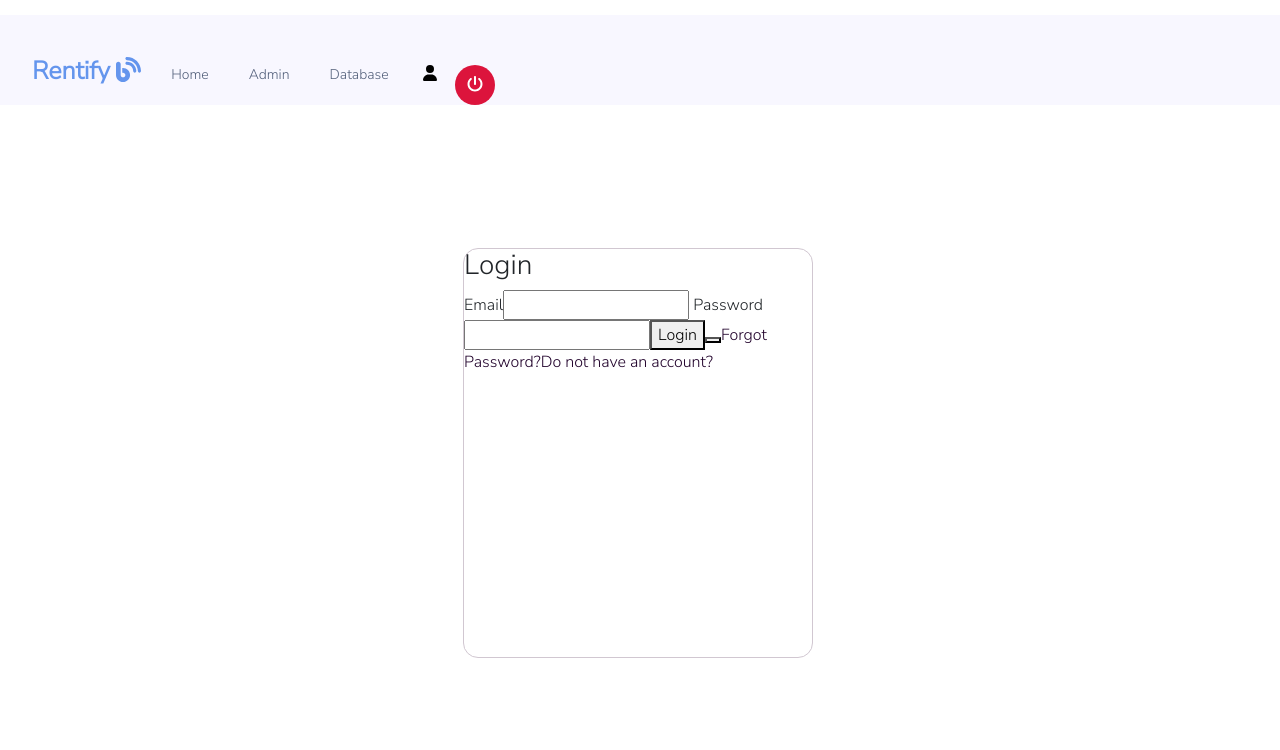
Repository: duzzisantos/rentify
Page: /
The author's editor kept a copy of each file at every save. The page is drawn from the files as they stood at one save, then again after the next save.
The browser window is 1280 px wide. The pictures show the whole page.
The pointer rests on the first visible `.auth-btn`.
The project was rebuilt for these pictures with package versions that can differ from the ones it lists, and the page was loaded fresh each time. Also part of the build but not shown: src/home.js, src/admin.js, src/auth/register.js, src/table-component.js, src/edit-property.js, src/tables.js, src/booking.js.

Above is the page before, as saved 2022-05-19 00:48:13.

### src/App.js
import "./App.css";
import "react-bootstrap";
import "bootstrap/dist/css/bootstrap.min.css";
import { Route, Routes } from "react-router-dom";
import Homepage from "./home";
import Admins from "./admin";
import Auth from "./auth/auth";
import Login from "./auth/login";
import Register from "./auth/register";
import Tables from "./tables";
import EditProperty from "./edit-property";
import Booking from "./booking";

function App() {
  return (
    <div className="App">
      <Auth/>
      <Routes>
        <Route path="/" element={<Login />} />
        <Route path="login/*" element={<Login />} />
        <Route path="register/*" element={<Register />} />
        <Route path="auth/*" element={<Auth />} />
        <Route path="auth/home/*" element={<Homepage />} />
        <Route path="auth/admin" element={<Admins />} />
        <Route path="auth/tables/*" element={<Tables />} />
        <Route path="auth/admin/edit-property/:ID" element={<EditProperty />} />
        <Route path="booking/:ID" element={<Booking />} />
      </Routes>
    </div>
  );
}

export default App;

### src/App.css
@import url("https://fonts.googleapis.com/css2?family=Nunito+Sans:wght@300&family=Poppins:wght@200;300&family=Roboto&family=Roboto+Serif:wght@300&family=Ubuntu:wght@300&display=swap");
* {
  font-family: "Nunito Sans", sans-serif;
}
.App {
  /* display: flex;
  flex-direction: column; */
  height: fit-content;
  width: 100%;
}

.hero {
  height: calc(0.25 * 657px);
  background-color: rgb(33, 2, 43);
  width: 100%;
  padding-top: 80px;
  margin-top: 120px;
  background-image: url("https://i.dlpng.com/static/png/7058604_preview.png");
  background-repeat: no-repeat;
  background-size: cover;
  background-position: 0%;
  filter: grayscale(0);
}

.filter-property {
  height: calc(0.6 * 657px);
  background-color: azure;
  width: 100%;
  color: gray;
  justify-content: center;
  align-items: center;
  bottom: 0;
  padding-top: 40px;
}

.filter-property input {
  text-align: center;
}
#display-results {
  height: 657px;
  background-color: white;
  width: 100%;
  color: gray;
}

#hero-text {
  height: 80%;
  text-align: center;
}

h1 {
  color: white;
  padding-top: 0px;
  font-size: clamp(20px, 55px, 60px);
}

h4,
h6 {
  padding-top: 10px;
  margin-left: 25px;
  font-size: clamp(10px, 15px, 20px);
  color: rgba(0, 0, 0, 0.705);
}

.filter-property span {
  margin-left: 25px;
  margin-top: 10px;
  color: rgba(0, 0, 0, 0.705);
  display: block;
  font-weight: 600;
  font-size: 14px;
}

.filter-property label {
  display: inline-block;
  margin-left: 22px;
  font-size: 13px;
  color: rgba(0, 0, 0, 0.705);
}

.filter-property input[type="checkbox"] {
  display: inline-block;
  margin-left: 5px;
}

#search-btn {
  background-color: transparent;
  border: 1px solid black;
  color: rgba(0, 0, 0, 0.705);
  border-radius: 10px;
  display: block;
  margin-left: 25px;
  margin-top: 10px;
  padding: 6px;
  font-size: 13px;
  width: 70px;
  margin-bottom: 20px;
}

#search-btn:hover {
  border: 1px solid rgb(33, 2, 43);
  color: rgb(33, 2, 43);
}

.link {
  text-decoration-line: none;
  color: white;
  margin: 10px;
}

.links{
  color: rgb(33, 2, 43);
  text-decoration: none;
}
.link:hover {
  color: gray;
}

tr .link {
  text-decoration-line: none;
  color: rgba(0, 0, 0, 0.705);
  margin: 10px;
}

tr .link:hover {
  color: rgb(33, 2, 43);
}

.admin-container,
.edit-container {
  height: fit-content;
  padding-top: 80px;
  display: flex;
  flex-direction: column;
  width: 100%;
  justify-content: center;
  align-items: center;
}

.admin-container h2,
.admin-container h6,
.edit-container h6 {
  text-align: center;
}

.admin-container h2,
.edit-container h2 {
  color: rgba(0, 0, 0, 0.705);
  padding: 25px;
}

.admin-container form,
.edit-container form {
  padding-top: 20px;
  width: 450px;
  margin-left: 0;
  display: block;
  background-color: azure;
  display: flex;
  flex-direction: column;
  margin-bottom: 20px;
  border-radius: 15px;
}

.admin-container input,
.edit-container input {
  display: block;
  border: 1px solid rgb(212,212,212);
  border-radius: 15px;
  width: 300px;
  font-size: small;
  text-indent: 5px;
  margin-left: 15%;
}

.admin-container label,
.admin-container span,
.edit-container label,
.edit-container span {
  display: block;
  font-size: small;
  margin-top: 10px;
  margin-left: 15%;
}

#admin-btn {
  border-radius: 15px;
  border: 1px solid transparent;
  margin-bottom: 15px;
  margin-top: 15px;
  color: white;
  background-color: #25D366;
  display: block;
  font-size: small;
  margin-left: 15%;
  width: 100px;
  padding: 4px;
}


.display-data {
  height: fit-content;
  background-color: rgb(33, 2, 43);
  padding-top: 80px;
  color: whitesmoke;
  display: flex;
  flex-direction: column;
}

.display-data h2,
.display-data h6 {
  text-align: center;
  color: whitesmoke;
}

.photos {
  margin-top: 5px;
}

.photos::placeholder {
  font-size: small;
  text-indent: 5px;
}

#search {
  margin-bottom: 15px;
  width: 300px;
  border: 1px solid rgb(212,212,212);
  border-radius: 15px;
  outline: none;
  padding: 4px;
  margin-left: 40%;
  /* margin-left: 19%; * for media query max-width 550px */
}

#search::placeholder {
  font-size: small;
  text-align: center;
}

input {
  outline: none;
}
.database {
  height: fit-content;
  background-color: azure;
  margin-top: 10px;
}

#delete {
  background-color: transparent;
  border: 1px solid #eb5e55;
  color: black;
  border-radius: 5px;
}

#data-reference {
  width: 950px;
  display: inline-block;
  overflow: hidden;
}

#data-reference ol li {
  margin-bottom: 12px;
}
#update-dialog input {
  width: 300px;
  margin-top: 3px;
  display: block;
}

#final-update {
  background-color: rgb(33, 2, 43);
  border: 1px solid transparent;
  color: whitesmoke;
  margin-bottom: 10px;
}

h4,
#display-results span {
  text-align: center;
}

#display-results {
  width: 100%;
  height: fit-content;
  border: 1px solid azure;
}

.one-result {
  width: 100%;
  height: fit-content;
  border: 1px solid whitesmoke;
}

.image-holder {
  height: fit-content;
  width: fit-content;
  border: 1px solid whitesmoke;
  display: flex;
  flex-direction: row;
  flex-wrap: wrap;
  margin-left: 80px;
}

.image-holder img {
  background-repeat: no-repeat;
  background-size: cover;
  height: 140px;
  width: 185px;
  margin: 5px;
  border: 1px solid whitesmoke;
  background-size: cover;
  background-position: center;
  transition: transform 0.5s;
}

.image-holder img:hover {
  transform: scale(1.3);
}
tr img {
  height: 30px;
  width: 40px;
  border: 1px solid whitesmoke;
  background-size: cover;
  background-position: center;
  transition: transform 0.5s;
}

tr img:hover {
  transform: scale(3);
}

.primary-details li {
  font-size: small;
  margin-left: 60px;
}
.primary-details li:nth-child(1) {
  margin-top: 10px;
}
.amenities li {
  list-style-type: none;
  display: inline-block;
  justify-content: space-between;
  margin: 8px;
  margin-left: 50px;
  font-size: small;
}

.booking {
  border: 1px solid rgb(33, 2, 43);
  color: rgb(33, 2, 43);
  background-color: transparent;
  margin-left: 3px;
  border-radius: 15px;
  font-size: 11px;
  margin-bottom: 10px;
}

.isAvailable {
  background-color: #25D366;
  border: 1px solid transparent;
  border-radius: 15px;
  color: white;
  font-size: 11px;
  margin-bottom: 5px;
  margin-left: 80px;
}

.booking-wrapper{
  height: fit-content;
  width: 100%;
  display: flex;
  flex-direction: column;
  justify-content: center;
  align-items: center;
  padding-top: 80px;
}

.my-booking{
  height: 500px;
  width: 400px;
  background-color: azure;
  border-radius: 15px;
}

.my-booking form{
  display: flex;
  flex-direction: column;
}
.my-booking label{
  margin-left: 50px;
  margin-top: 15px;
}
.my-booking input{
  width: 300px;
  margin-left: 50px;
  border-radius: 15px;
  margin-bottom: 5px;
  border: 1px solid rgb(212,212,212);
  text-indent: 10px;
}
.account-display {
  margin-top: 200px;
  margin-left: 35%;
  display: flex;
  flex-direction: column;
  height: 350px;
  width: 400px;
  background-color: rgb(33, 2, 43);
  border-top-left-radius: 50px;
  border-bottom-right-radius: 50px;

  /* margin-left: 36%;
  margin-top: calc(37% / 5); */
}

.account-display .account-nav {
  list-style-type: none;
  display: flex;
  flex-direction: row;
  margin-bottom: 25px;
  margin-top: 10px;
  margin-left: 210px;
}

.account-display .account-nav .links {
  text-decoration-line: none;
  color: whitesmoke;
  margin-left: 20px;
  font-size: small;
}

.account-nav .links:hover {
  color: gray;
}

.account-form-wrapper {
  height: 200px;
  width: 400px;
  display: flex;
  flex-direction: column;
  background-color: rgb(33, 2, 43);
  color: whitesmoke;
  /* border-top-left-radius: 50px;
  border-bottom-right-radius: 50px; */
}

.account-form-wrapper h3 {
  text-align: center;
  margin-bottom: 30px;
}

.account-form-wrapper form {
  display: flex;
  flex-direction: column;
  width: 80%;
  margin-left: 10%;
}

.account-form-wrapper input {
  margin-bottom: 20px;
  border-radius: 10px;
  border: 1px solid transparent;
}

.account-form-wrapper button {
  margin: 20px 10px 0px 0px;
  width: 30%;
  border: 1px solid whitesmoke;
  background-color: transparent;
  border-radius: 50px;
  color: whitesmoke;
}

.account-form-wrapper .account-nav .links {
  color: whitesmoke;
  text-decoration: none;
  list-style-type: none;
}

.list-wrapper {
  padding-top: 80px;
  width: 99%;
  height: fit-content;
}

.login,
.register,
.reset {
  height: 645px;
  width: 99.7%;
  display: -webkit-box;
  display: -ms-flexbox;
  display: flex;
  -webkit-box-orient: vertical;
  -webkit-box-direction: normal;
      -ms-flex-direction: column;
          flex-direction: column;
  -webkit-box-pack: center;
      -ms-flex-pack: center;
          justify-content: center;
  -webkit-box-align: center;
      -ms-flex-align: center;
          align-items: center;
  bottom: 0;
}

.login-container,
.register-container,
.reset-container {
  height: 410px;
  width: 350px;
  border: 1px solid #d1c7d1;
  border-radius: 15px;
  margin-top: 50px;
}

.auth-container {
  height: 90px;
  width: 100%;
  background-color: transparent;
  margin-right: 10px;
  overflow: hidden;
  margin-left: auto;
  margin-top: 15px;
  display: -webkit-box;
  display: -ms-flexbox;
  display: flex;
  -webkit-box-orient: horizontal;
  -webkit-box-direction: normal;
      -ms-flex-direction: row;
          flex-direction: row;
}

.auth-span {
  height: -webkit-fit-content;
  height: -moz-fit-content;
  height: fit-content;
  width: -webkit-fit-content;
  width: -moz-fit-content;
  width: fit-content;
  margin-left: 4px;
  margin-top: 5px;
  overflow: hidden;
}

.auth-btn {
  height: 40px;
  width: 40px;
  border-radius: 50%;
  margin-left: 10px;
  margin-top: 8px;
  border: 1px solid transparent;
  color: rgb(33, 2, 43);
}

.auth-btn:hover {
  color: white;
  background-color: crimson;
  -webkit-transition-delay: 20ms;
          transition-delay: 20ms;
}

/*Navbar component*/

.nav-items {
  width: 100%;
  height: 90px;
  margin-top: 0px;
}

.nav-links {
  display: inline-block;
  margin-left: 20px;
  padding-top: 15px;
}

.nav-links:nth-child(1) {
  font-size: 25px;
  color: cornflowerblue;
  font-weight: 800;
  -webkit-text-decoration-line: none;
          text-decoration-line: none;
  text-decoration: none;
  margin-left: 0px;
}

.nav-items #hamburger-icon {
  display: none;
}

.nav-items .dashboard-container {
  margin-left: 0px;
}

.link {
  color: #525f7a;
  font-size: 14px;
  text-decoration: none;
}

.link:hover {
  -webkit-text-decoration-line: underline;
          text-decoration-line: underline;
  text-decoration-thickness: 2px;
  -webkit-text-decoration-color: cornflowerblue;
          text-decoration-color: cornflowerblue;
}

.nav-wrap {
  display: -webkit-box;
  display: -ms-flexbox;
  display: flex;
  -webkit-box-orient: horizontal;
  -webkit-box-direction: normal;
      -ms-flex-direction: row;
          flex-direction: row;
  margin-top: 0px;
}

.navbar {
  height: 90px;
  background-color: #f8f7ff;
  -webkit-box-shadow: 1px 1px 5px 1px rgba(0, 0, 0, 0.1);
          box-shadow: 1px 1px 5px 1px rgba(0, 0, 0, 0.1);
  width: 100%;
  position: fixed;
  z-index: 2;
  display: -webkit-box;
  display: -ms-flexbox;
  display: flex;
  -webkit-box-orient: horizontal;
  -webkit-box-direction: normal;
      -ms-flex-direction: row;
          flex-direction: row;
}

### src/auth/auth.js
import React, { useState, useEffect } from "react";
import { useAuthState } from "react-firebase-hooks/auth";
import { useNavigate, Link } from "react-router-dom";
import "../App.css";
import { db, auth, logout } from "./firebase";
import { query, collection, getDocs, where } from "firebase/firestore";
import { FontAwesomeIcon } from "@fortawesome/react-fontawesome";
import { library } from "@fortawesome/fontawesome-svg-core";
import {
  faBars,
  faBlog,
  faCake,
  faClock,
  faHouse,
  faPowerOff,
  faUser,
} from "@fortawesome/free-solid-svg-icons";

library.add(faCake, faPowerOff, faHouse, faClock, faUser, faBars);
const isAuthorized = process.env.REACT_APP_ADMIN;

const Auth = () => {
  const [user, loading] = useAuthState(auth);
  const [name, setName] = useState("");
  const navigate = useNavigate();

  const fetchUserName = async () => {
    try {
      const q = query(collection(db, "users"), where("uid", "==", user?.uid));
      const doc = await getDocs(q);
      const data = doc.docs[0].data();
      setName(data.name);
    } catch (err) {
      console.log(err);
    }
  };

  useEffect(() => {
    if (loading) {
      return;
    } else if (!user) {
      fetchUserName();
      return navigate("/");
    }
  });

  // handles menu collapse for navbar

  const handleMenuCollapse = () => {
    var navitems = document.getElementById("myTopnav");
    if (navitems.className === "nav-items") {
      navitems.className += " responsive";
    } else {
      navitems.className = "nav-items";
    }
  };

  return (
    <div className="auth-container">
      <nav className="navbar">
        {/* <div className="img-holder" id="active"></div> */}
        <ul className="nav-items" id="myTopnav">
          <li className="nav-links" id="active">
            <Link to="/auth/home" className="nav-links">
              Rentify <FontAwesomeIcon icon={faBlog} />
            </Link>
          </li>
          <li className="nav-links">
            <Link to="/auth/home" className="link">
              Home
            </Link>
          </li>
          {user?.uid === isAuthorized ? (
            <>
              <li className="nav-links">
                <Link to="/auth/admin" className="link">
                  Admin
                </Link>
              </li>
              <li className="nav-links">
                <Link to="/auth/table" className="link">
                  Database
                </Link>
              </li>
            </>
          ) : (
            <></>
          )}

          <li className="nav-links">
            <div className="auth-container">
              <span className="auth-span">
                <FontAwesomeIcon icon={faUser} style={{ color: "#000000" }} />
              </span>
              <span className="auth-span">{name}</span>
              <div className="auth-avi" title="Logged in">
                {user?.email[0].toUpperCase()}
              </div>
              <span className="auth-span">{user?.email}</span>
              <button
                className="auth-btn"
                onClick={logout}
                type="button"
                title="Logout"
              >
                <FontAwesomeIcon icon={faPowerOff} />
              </button>
            </div>
          </li>
          <li
            className="nav-links"
            id="hamburger-icon"
            onClick={handleMenuCollapse}
          >
            <FontAwesomeIcon icon={faBars} style={{ fontSize: "30px" }} />
          </li>
        </ul>
      </nav>
    </div>
  );
};

export default Auth;

### src/auth/login.js
import React, { useEffect, useState } from "react";
import { Link, useNavigate } from "react-router-dom";
import {
  auth,
  logInWithEmailAndPassword,
  signInWithGoogle,

} from "./firebase";
// import { signInWithFacebook } from "./facebook-auth";
import { useAuthState } from "react-firebase-hooks/auth";
import "../App.css";
const Login = () => {
  const [email, setEmail] = useState("");
  const [password, setPassword] = useState("");
  const [user, loading] = useAuthState(auth);

  const navigate = useNavigate();

  useEffect(() => {
    if (loading) {
      return;
    }
    if (user) navigate("/auth/home");
  });
  return (
    <div className="login">
      <div className="login-container">
        <h3>Login</h3>
        <label htmlFor="login-email">Email</label>
        <input
          type="text"
          id="login-email"
          value={email}
          onChange={(e) => setEmail(e.target.value)}
        />{" "}
        <label htmlFor="login-password">Password</label>
        <input
          type="password"
          id="login-password"
          value={password}
          onChange={(e) => setPassword(e.target.value)}
        />
        <button
          className="login-btn"
          onClick={() => logInWithEmailAndPassword(email, password)}
        >
          Login
        </button>
        <button className="google" onClick={signInWithGoogle}></button>
        <span className="login-span">
          <Link to="reset" className="links">
            Forgot Password?
          </Link>
        </span>
        <span className="login-span">
          <Link to="register" className="links">
            Do not have an account?
          </Link>
        </span>
      </div>
    </div>
  );
};

export default Login;

### src/auth/firebase.js
// Import the functions you need from the SDKs you need
import { initializeApp } from "firebase/app";
import {
  GoogleAuthProvider,
  getAuth,
  signInWithPopup,
  createUserWithEmailAndPassword,
  sendPasswordResetEmail,
  signOut,
  signInWithEmailAndPassword,
  FacebookAuthProvider,
  GithubAuthProvider,
} from "firebase/auth";

import {
  getFirestore,
  query,
  getDocs,
  collection,
  where,
  addDoc,
} from "firebase/firestore";

const firebaseConfig = {
  apiKey: "AIzaSyBq7ZNJVq1t_7de0pP81LbAvlPEPQxA0vo",
  authDomain: "rentify-auth.firebaseapp.com",
  projectId: "rentify-auth",
  storageBucket: "rentify-auth.appspot.com",
  messagingSenderId: "445797736646",
  appId: "1:445797736646:web:41143314a017117dcc77c7",
  measurementId: "G-53M80TPLJK",
};

// Initialize Firebase
const app = initializeApp(firebaseConfig);
const auth = getAuth(app);
const db = getFirestore(app);
const provider = new FacebookAuthProvider();
provider.addScope("user_birthday");
provider.setCustomParameters({
  display: "popup",
});

const googleProvider = new GoogleAuthProvider();
const signInWithGoogle = async () => {
  try {
    const res = await signInWithPopup(auth, googleProvider);
    const user = res.user;
    const q = query(collection(db, "users"), where("uid", "==", user.uid));
    const docs = await getDocs(q);
    if (docs.docs.length === 0) {
      await addDoc(collection(db, "users"), {
        uid: user.uid,
        name: user.displayName,
        authProvider: "google",
        email: user.email,
      });
    }
  } catch (err) {
    console.log(err);
  }
};

//Facebook authentication

const signInWithFacebook = async () => {
  try {
    const res = await signInWithPopup(auth, provider);
    const user = res.user;
    const q = query(collection(db, "users"), where("uid", "==", user.uid));
    const docs = await getDocs(q);
    if (docs.docs.length === 0) {
      await addDoc(collection(db, "users"), {
        uid: user.uid,
        name: user.displayName,
        authProvider: "facebook",
        email: user.email,
        photo: user.photoURL,
      });
    }
  } catch (err) {
    console.log(err);
  }
};

const gitProvider = new GithubAuthProvider();
gitProvider.addScope("user");
gitProvider.setCustomParameters({
  allow_signup: "false",
});
const signInUsingGithub = async () => {
  try {
    const res = await signInWithPopup(auth, gitProvider);
    const user = res.user;
    const q = query(collection(db, "users"), where("uid", "==", user.uid));
    const docs = await getDocs(q);
    if (docs.docs.length === 0) {
      await addDoc(collection(db, "users"), {
        uid: user.uid,
        name: user.displayName,
        authProvider: "github",
        email: user.email,
        photo: user.photoURL,
      });
    }
  } catch (err) {
    console.log(err);
  }
};

const logInWithEmailAndPassword = async (email, password) => {
  try {
    await signInWithEmailAndPassword(auth, email, password);
  } catch (err) {
    alert("Either Email or Password is incorrect!");
    console.log(err);
  }
};

const registerWithEmailAndPassword = async (name, email, password) => {
  try {
    const res = await createUserWithEmailAndPassword(auth, email, password);
    const user = res.user;
    await addDoc(collection(db, "users"), {
      uid: user.uid,
      name,
      authProvider: "google",
      email,
    });
  } catch (err) {
    console.log(err);
  }
};

const sendPasswordReset = async (email) => {
  try {
    await sendPasswordResetEmail(auth, email);
    console.log("Password reset link sent!");
  } catch (err) {
    console.log(err);
  }
};

const logout = () => {
  signOut(auth);
};

export {
  auth,
  db,
  signInWithGoogle,
  signInWithFacebook,
  signInUsingGithub,
  logInWithEmailAndPassword,
  registerWithEmailAndPassword,
  sendPasswordReset,
  logout,
};

Loaded but not shown: public/index.html (common file); src/index.js (common file); src/index.css (common file); public/manifest.json (common file)

After the next save:
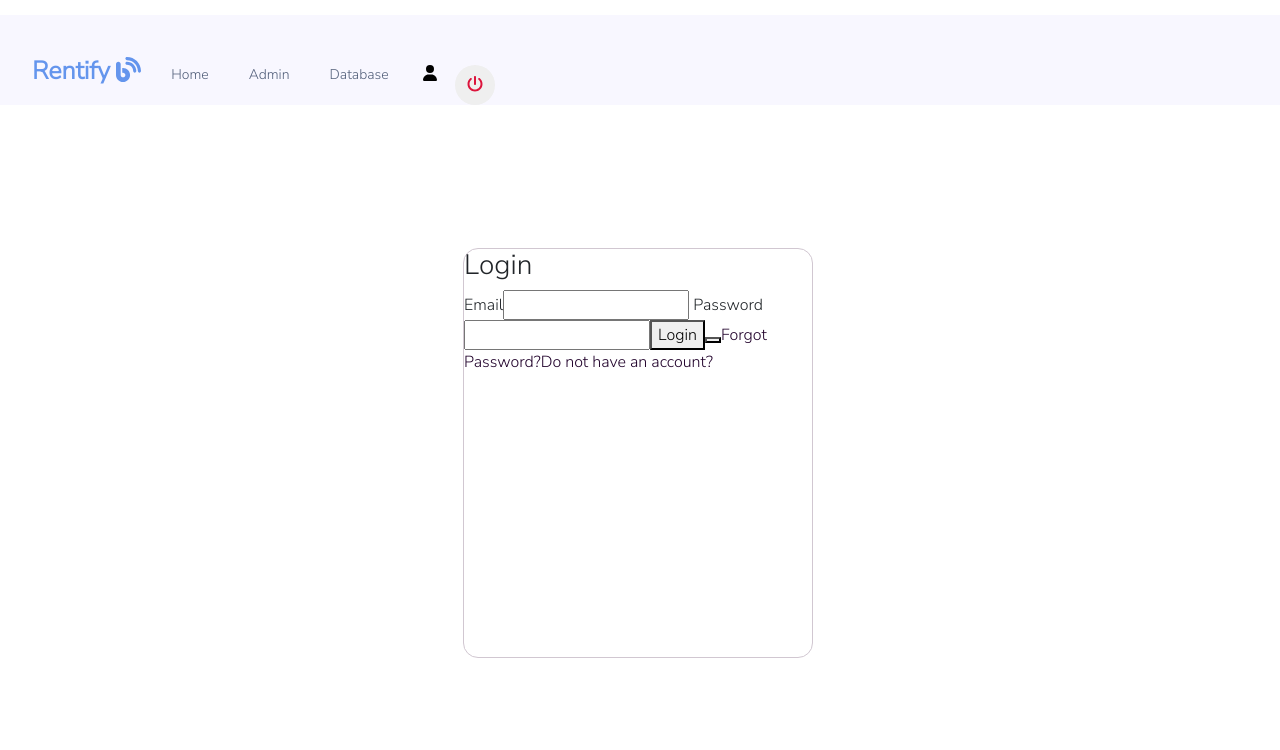
Saved 21 s later.
--- a/src/App.css
+++ b/src/App.css
@@ -556,8 +556,7 @@ tr img:hover {
 }
 
 .auth-btn:hover {
-  color: white;
-  background-color: crimson;
+  color: crimson;
   -webkit-transition-delay: 20ms;
           transition-delay: 20ms;
 }
